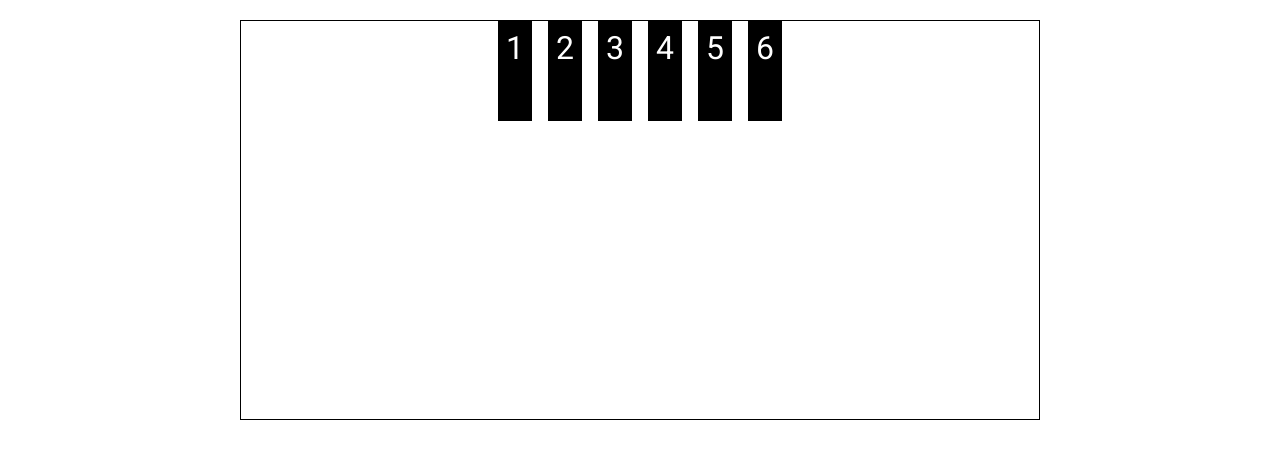
Repository: JavaProgrammerFromEastEurope/project-css-full-tutorial
Page: 14_lesson/index.html
An editor plug-in stored every save of this project. The page is shown before and after the next save, followed by the edit.
The browser window is 1280 px wide. The pictures show the whole page.

Above is the page before, as saved 2023-04-07 11:38:17.

### 14_lesson/index.html
<!DOCTYPE html>
<html lang="en">
  <head>
    <meta charset="UTF-8" />
    <meta http-equiv="X-UA-Compatible" content="IE=edge" />
    <meta name="viewport" content="width=device-width, initial-scale=1.0" />
    <title>CSS Flexbox</title>
    <link rel="stylesheet" href="css/style.css" />
  </head>

  <body>
    <main class="container">
      <div class="box">1</div>
      <div class="box">2</div>
      <div class="box">3</div>
      <div class="box">4</div>
      <div class="box">5</div>
      <div class="box">6</div>
    </main>
  </body>
</html>

### 14_lesson/css/style.css
@import url("https://fonts.googleapis.com/css2?family=Roboto&display=swap");

* {
  margin: 0;
  padding: 0;
  box-sizing: border-box;
}

body {
  font-family: "Roboto", sans-serif;
  min-height: 100vh;
  padding: 20px;
}

.container {
  max-width: 800px;
  min-height: 400px;
  margin-inline: auto;
  border: 1px solid #000;
  display: flex;
	gap: 1rem;
	justify-content: center;
	align-items
}

.box {
  /* min-width: 100px; */
  height: 100px;
  background-color: #000;
  color: #fff;
  font-size: 2rem;
  padding: 0.5rem;

}

After the next save:
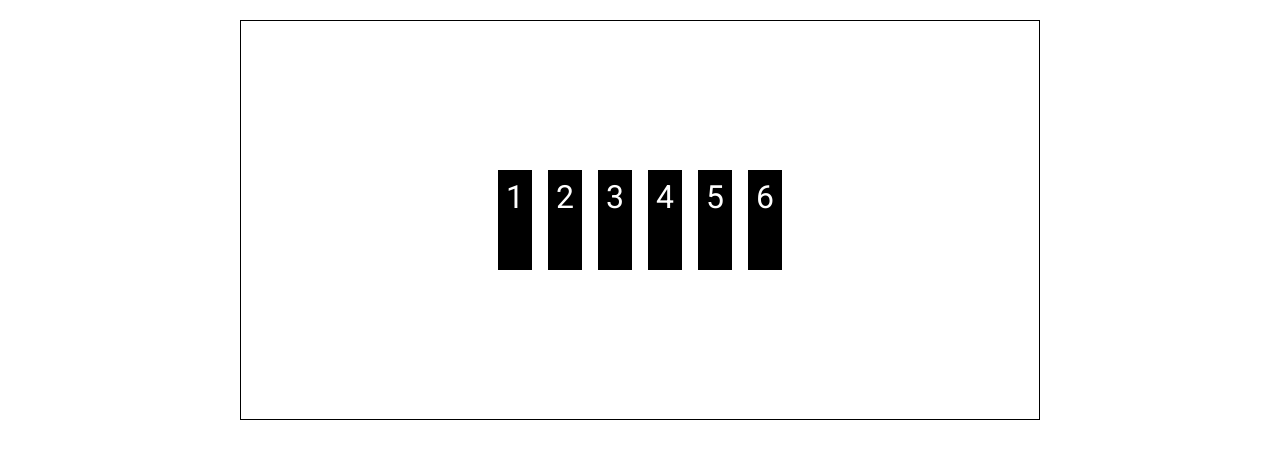
Saved 25 s later.
--- a/14_lesson/css/style.css
+++ b/14_lesson/css/style.css
@@ -20,7 +20,7 @@ body {
   display: flex;
 	gap: 1rem;
 	justify-content: center;
-	align-items
+	align-items: center;
 }
 
 .box {
